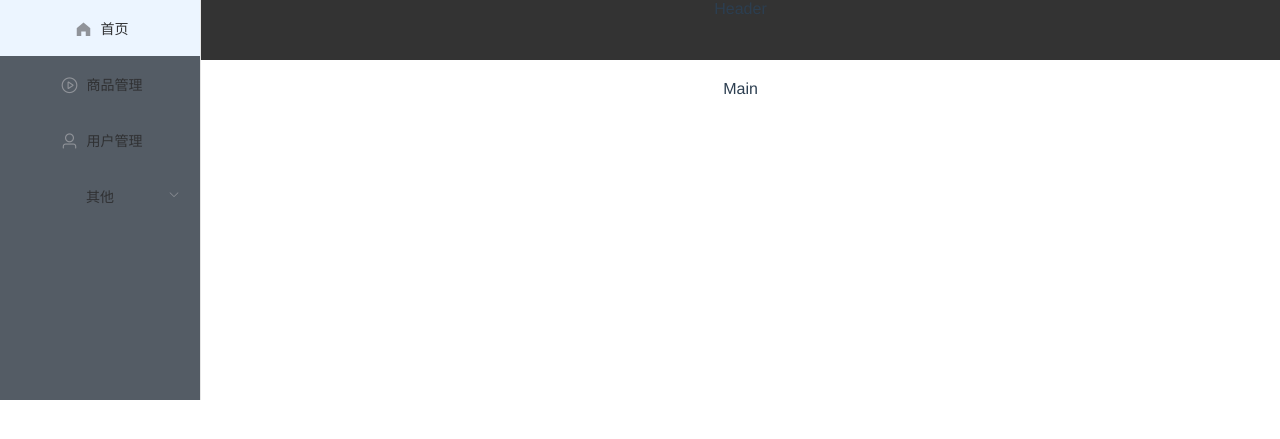
Repository: zhangwen001208/cmd
Page: /
The author's editor kept a copy of each file at every save. The page is drawn from the files as they stood at one save, then again after the next save.
The browser window is 1280 px wide. The pictures show the whole page.
The project was rebuilt for these pictures with package versions that can differ from the ones it lists, and the page was loaded fresh each time. Also part of the build but not shown: vue.config.js.

Above is the page before, as saved 2022-08-24 17:03:14.

### src/main.js
import Vue from 'vue'
import App from './App.vue'
import router from './router'
import store from './store'
import ElementUI from 'element-ui';
import 'element-ui/lib/theme-chalk/index.css';

import 'normalize.css'
import './assets/css/index.less'

Vue.config.productionTip = false

Vue.use( ElementUI )

new Vue({
  router,
  store,

  render: h => h(App)
}).$mount('#app')

### src/App.vue
<template>
  <div id="app">
    <router-view/>
  </div>
</template>

<style lang="less">
#app {
  font-family: Avenir, Helvetica, Arial, sans-serif;
  -webkit-font-smoothing: antialiased;
  -moz-osx-font-smoothing: grayscale;
  text-align: center;
  color: #2c3e50;
}

nav {
  padding: 30px;

  a {
    font-weight: bold;
    color: #2c3e50;

    &.router-link-exact-active {
      color: #42b983;
    }
  }
}
</style>

### src/router/index.js
import Vue from 'vue'
import VueRouter from 'vue-router'
import HomeView from '../views/HomeView.vue'

Vue.use(VueRouter)

const routes = [
  {
    path: '/',
    name: 'home',
    component: HomeView
  },

]

const router = new VueRouter({
  mode: 'history',
  base: process.env.BASE_URL,
  routes
})

export default router

### src/assets/css/index.less
@import './base.less';

### src/views/HomeView.vue
<template>
  <div class="home">
      <el-container style="height: 100%">
        <el-aside width="auto">
          <home-aside/>
        </el-aside>
        <el-container>
          <el-header class="header">Header</el-header>
          <el-main>Main</el-main>
        </el-container>
    </el-container>


  </div>
</template>

<script>
// @ is an alias to /src

import HomeAside from '../components/HomeAside.vue'

export default {
  name: 'HomeView',
  components: {
    HomeAside

  }
}
</script>
<style lang="less" scoped>
.header{
  background-color: #333;
}

</style>

### src/assets/css/base.less

body{
    padding: 0;
    margin: 0;
}

html,body,#app {
    width: 100%;
    height: 100%;
}

### src/components/HomeAside.vue
<template>
<el-menu  default-active="1-4-1" class="el-menu-vertical-demo" @open="handleOpen" @close="handleClose" :collapse="isCollapse">
  <el-menu-item v-for="item in nochildren" index="item.path" :key="item.path">
    <i :class="'el-icon-'+item.icon"></i>
    <span slot="title">{{item.label}}</span>
  </el-menu-item>
  <el-submenu v-for="item in haschildren" index="item.path" :key="item.path">
    <template slot="title">
      <i class="'el-icon-'+item.icon"></i>
      <span slot="title">{{item.label}}</span>
    </template>
    <el-menu-item-group v-for="subitem in item.children" index='subitem.path' :key="subitem.path">

      <el-menu-item index="1-1">{{subitem.label}}</el-menu-item>

    </el-menu-item-group>

  </el-submenu>


</el-menu>

</template>

<script>
export default {
    data() {
      return {
        isCollapse: false,
        menu:[
          {
            path: '/',
            name: 'home',
            label: '首页',
            icon: 's-home',
            url: 'Home/home'
          },
           {
            path: '/mall',
            name: 'mall',
            label: '商品管理',
            icon: 'video-play',
            url: 'MallManage/MallManage'
          },
           {
            path: '/user',
            name: 'user',
            label: '用户管理',
            icon: 'user',
            url: 'UserManage/UserManage'
          },
           {

            label: '其他',
            icon: 'location',
           children: [
            {
            path: '/page1',
            name: 'page1',
            label: '页面1',
            icon: 'setting',
            url: 'Other/pageOne'
            },
            {
            path: '/page2',
            name: 'page2',
            label: '页面2',
            icon: 'setting',
            url: 'Other/pageTwo'
            }

           ]
          }

        ]
      };
    },
    methods: {
      handleOpen(key, keyPath) {
        console.log(key, keyPath);
      },
      handleClose(key, keyPath) {
        console.log(key, keyPath);
      }
    },
    computed: {
      nochildren() {
        return this.menu.filter(item => !item.children)
      },
      haschildren() {
         return this.menu.filter(item => item.children)
      }
    }
  }
</script>

<style lang="less" scoped>
  .el-menu-vertical-demo:not(.el-menu--collapse) {
    width: 200px;
    min-height: 400px;
    background-color: #545c65;
  }

</style>

Loaded but not shown: public/index.html (common file); src/store/index.js (common file)

After the next save:
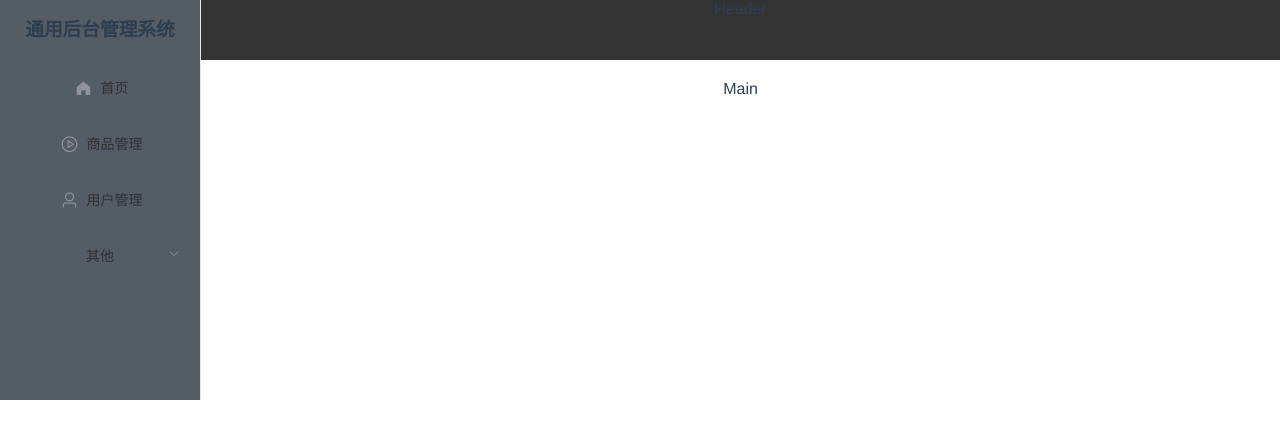
Saved 76 s later.
--- a/src/components/HomeAside.vue
+++ b/src/components/HomeAside.vue
@@ -1,5 +1,6 @@
 <template>
 <el-menu  default-active="1-4-1" class="el-menu-vertical-demo" @open="handleOpen" @close="handleClose" :collapse="isCollapse">
+  <h3>通用后台管理系统</h3>
   <el-menu-item v-for="item in nochildren" index="item.path" :key="item.path">
     <i :class="'el-icon-'+item.icon"></i>
     <span slot="title">{{item.label}}</span>
